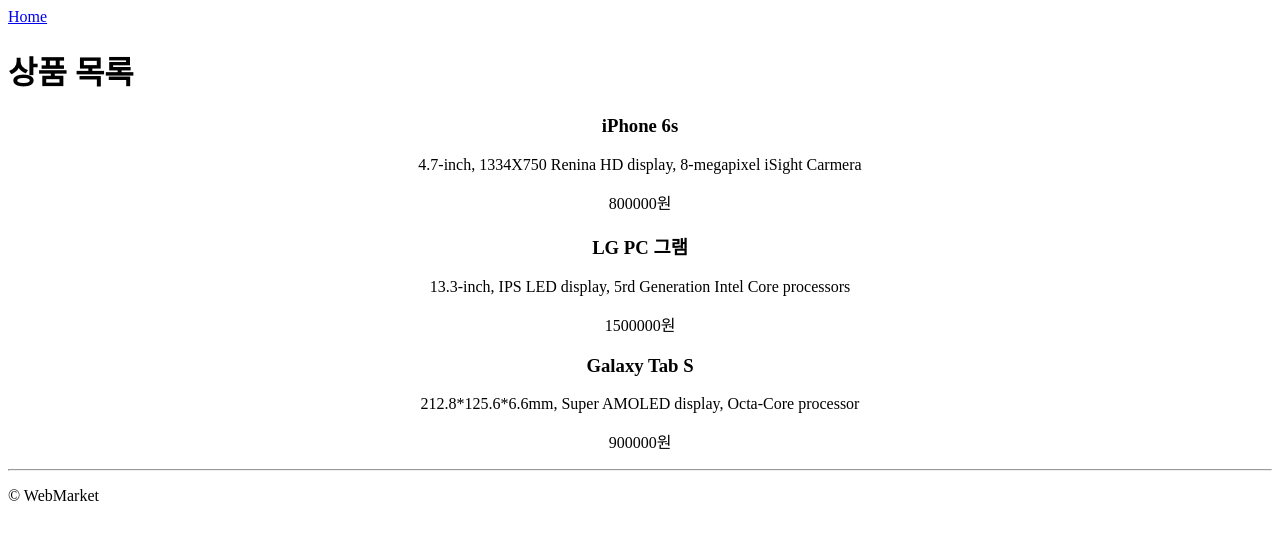
Repository: lhj257/jspwrokspace
Page: http://localhost/WebMarket/products.jsp
The author's editor kept a copy of each file at every save. The page is drawn from the files as they stood at one save, then again after the next save.
The browser window is 1280 px wide. The pictures show the whole page.
The page is served by Tomcat 9. Nobody is signed in. The application's start-up code is not run. Other server files are loaded and not shown.

Above is the page before, as saved 2023-08-24 02:55:36.

### WebMarket/src/main/webapp/products.jsp
<%@ page language="java" contentType="text/html; charset=UTF-8"
	pageEncoding="UTF-8"%>
<%@ page import="java.util.ArrayList"%>
<%@ page import="dao.Product"%>
<jsp:useBean id="productDAO" class="dao.ProductRepository"
	scope="session" />
<!DOCTYPE html>
<html>
<head>

<meta charset="UTF-8">
<title>상품 목록</title>
</head>
<body>
	<jsp:include page="menu.jsp" />
	<div class="jumbotron">
		<div class="container">
			<h1 class="display-3">상품 목록</h1>
		</div>
	</div>
	<%
	ArrayList<Product> listOfProducts = productDAO.getAllProducts();
	%>
	<div class="container">
		<div class="row" align="center">
			<%
			for (int i = 0; i < listOfProducts.size(); i++) {
				Product product = listOfProducts.get(i);
			%>
			<div class="col-md-4">
				<h3><%=product.getPname()%></h3>
				<p><%=product.getDescription()%>
				<p><%=product.getUnitPrice()%>원
			</div>
			<%
			}
			%>
		</div>
		<hr>
	</div>
	<jsp:include page="footer.jsp" />
</body>
</html>

### WebMarket/src/main/webapp/menu.jsp
<nav class="navbar navbar-expand navbar-dark bg-dark">
	<div class="container">
		<div class="navbar-header">
			<a class="navbar-brand" href="./welcome.jsp">Home</a>
		</div>
	</div>
</nav>

### WebMarket/src/main/java/dao/ProductRepository.java
package dao;

import java.util.ArrayList;

public class ProductRepository {

	private ArrayList<Product> listOfProducts = new ArrayList<Product>();

	public ArrayList<Product> getAllProducts(){
		return listOfProducts;
	}

	public ProductRepository() {
		Product phone = new Product("P1234", "iPhone 6s", 800000);
		phone.setDescription("4.7-inch, 1334X750 Renina HD display, 8-megapixel iSight Carmera");
		phone.setCategory("Smart Phone");
		phone.setManufacturer("Apple");
		phone.setUnitsInStock(1000);
		phone.setCondition("New");

		Product notebook = new Product("P1235", "LG PC 그램", 1500000);
		notebook.setDescription("13.3-inch, IPS LED display, 5rd Generation Intel Core processors");
		notebook.setCategory("Notebook");
		notebook.setManufacturer("LG");
		notebook.setUnitsInStock(1000);
		notebook.setCondition("Refurbished");

		Product tablet = new Product("1236", "Galaxy Tab S", 900000);
		tablet.setDescription("212.8*125.6*6.6mm, Super AMOLED display, Octa-Core processor");
		tablet.setCategory("Tablet");
		tablet.setManufacturer("Samsung");
		tablet.setUnitsInStock(1000);
		tablet.setCondition("Old");

		listOfProducts.add(phone);
		listOfProducts.add(notebook);
		listOfProducts.add(tablet);


	}
}

### WebMarket/src/main/java/dto/Product.java
package dao;

import java.io.Serializable;

public class Product implements Serializable {

	private static final long serialVersionUID = -4274700572038677000L;

	private String productId;
	private String pname;
	private Integer unitPrice;
	private String description;
	private String manufacturer;
	private String category;
	private long unitsInStock;
	private String condition;

	public Product() {
		super();
	}

	public Product(String productId, String pname, Integer unitPrice) {
		this.productId = productId;
		this.pname = pname;
		this.unitPrice = unitPrice;
	}

	public String getProductId() {
		return productId;
	}

	public void setProductId(String productId) {
		this.productId = productId;
	}

	public String getPname() {
		return pname;
	}

	public void setPname(String pname) {
		this.pname = pname;
	}

	public Integer getUnitPrice() {
		return unitPrice;
	}

	public void setUnitPrice(Integer unitPrice) {
		this.unitPrice = unitPrice;
	}

	public String getDescription() {
		return description;
	}

	public void setDescription(String description) {
		this.description = description;
	}

	public String getManufacturer() {
		return manufacturer;
	}

	public void setManufacturer(String manufacturer) {
		this.manufacturer = manufacturer;
	}

	public String getCategory() {
		return category;
	}

	public void setCategory(String category) {
		this.category = category;
	}

	public long getUnitsInStock() {
		return unitsInStock;
	}

	public void setUnitsInStock(long unitsInStock) {
		this.unitsInStock = unitsInStock;
	}

	public String getCondition() {
		return condition;
	}

	public void setCondition(String condition) {
		this.condition = condition;
	}
}

Loaded but not shown: WebMarket/src/main/webapp/footer.jsp (common file)

After the next save:
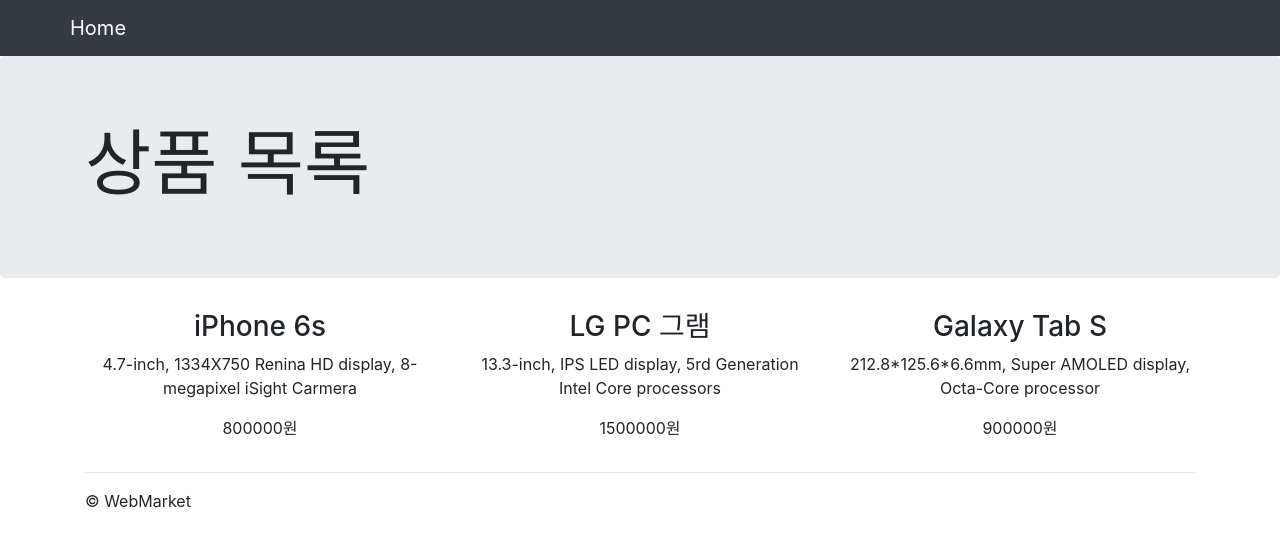
Saved 8 s later.
--- a/WebMarket/src/main/webapp/products.jsp
+++ b/WebMarket/src/main/webapp/products.jsp
@@ -7,7 +7,10 @@
 <!DOCTYPE html>
 <html>
 <head>
-
+<link rel="stylesheet"
+	href="https://cdn.jsdelivr.net/npm/bootstrap@4.0.0/dist/css/bootstrap.min.css"
+	integrity="sha384-Gn5384xqQ1aoWXA+058RXPxPg6fy4IWvTNh0E263XmFcJlSAwiGgFAW/dAiS6JXm"
+	crossorigin="anonymous">
 <meta charset="UTF-8">
 <title>상품 목록</title>
 </head>
